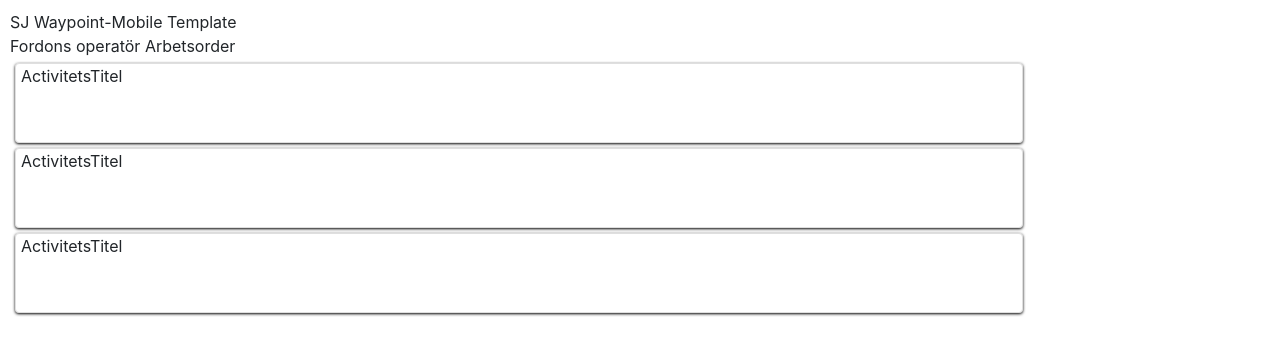
Repository: AdrianaLarsson/yarn-next-typescript
Page: /
These files come from the project's save history. The page is drawn as it stood at one moment and after a run of saves; the edit follows.
The browser window is 1280 px wide. The pictures show the whole page.
The project was rebuilt for these pictures with package versions that can differ from the ones it lists, and the page was loaded fresh each time. The framework's server and built-in components were replaced by stand-ins that run in the browser.

Above is the page before, as saved 2021-02-28 11:19:28.

After the next 2 saves:
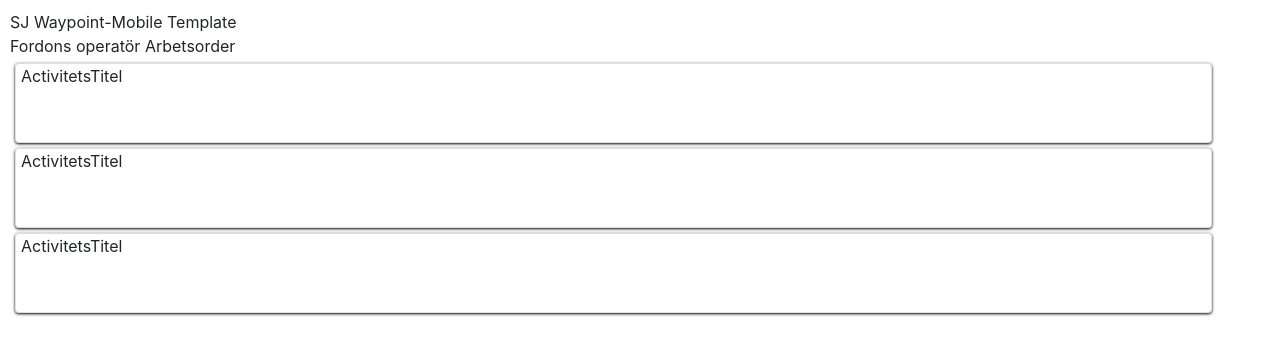
The 2 saves are shown as one change because they came seconds apart.
The last was saved 8 s later.
--- a/components/organisms/Card/Card.tsx
+++ b/components/organisms/Card/Card.tsx
@@ -6,7 +6,7 @@ import styled from 'styled-components/'
 const StyledCard = styled(Card)`
 display: flex;
 height: 5em;
-width: 80%;
+width: 95%;
 margin: 5px;
 padding-left: 5px;
 background-color: rgba(0,0,0,0.0);
